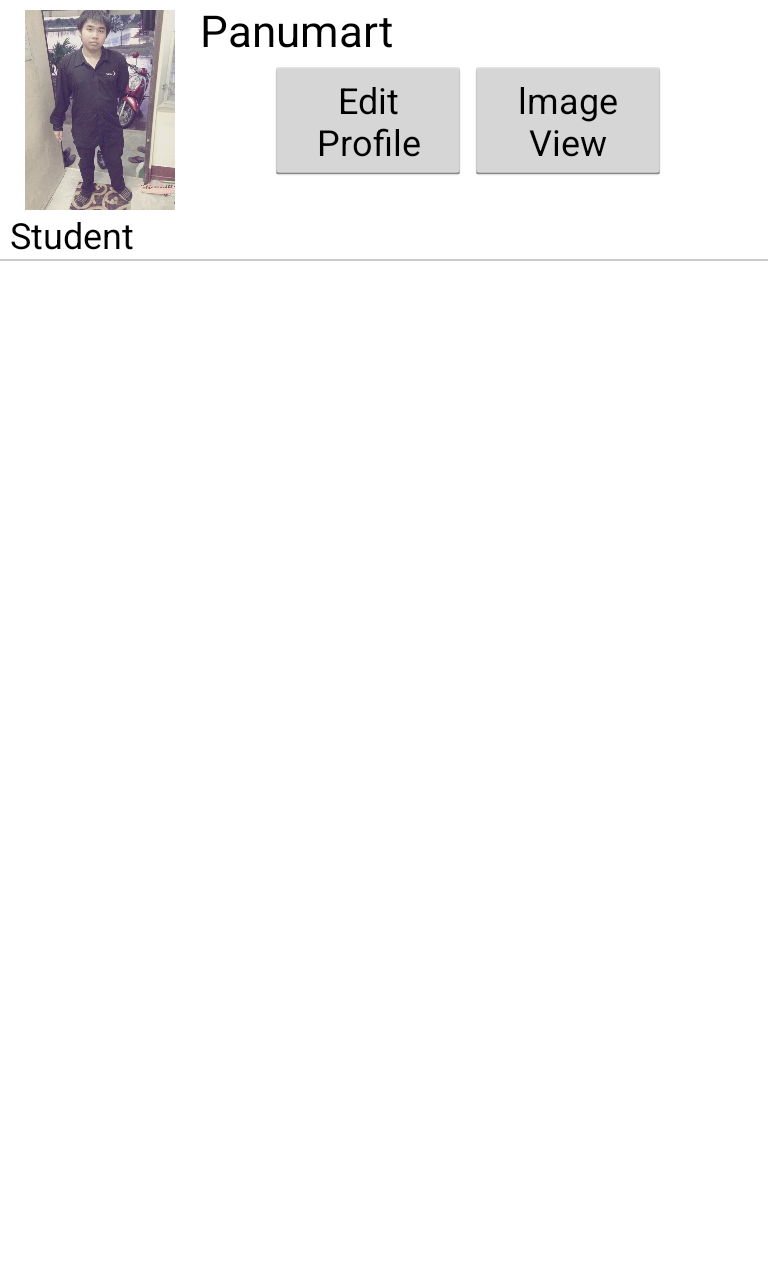
Repository: PanumartThamkawin/Resuma_55410657
Layout: Panu657/res/layout/activity_main.xml
An editor plug-in stored every save of this project. The layout is shown before and after the next save, followed by the edit.
It is drawn on a 768 x 1280 px phone screen (xhdpi) without system bars, with theme AppTheme; the app's code is not run.

Above is the layout before, as saved 2014-09-01 06:05:01.

### Panu657/res/layout/activity_main.xml
<RelativeLayout xmlns:android="http://schemas.android.com/apk/res/android"
    xmlns:tools="http://schemas.android.com/tools"
    android:layout_width="match_parent"
    android:layout_height="match_parent"
    android:layout_marginLeft="5dp"
    tools:context="${relativePackage}.${activityClass}" >

    <LinearLayout
        android:id="@+id/linearLayout1"
        android:layout_width="100dp"
        android:layout_height="100dp"
        android:layout_marginTop="5dp" >

        <ImageView
            android:id="@+id/imageView1"
            android:layout_width="wrap_content"
            android:layout_height="wrap_content"
            android:src="@drawable/jame" />
    </LinearLayout>

    <TextView
        android:id="@+id/textView1"
        android:layout_width="wrap_content"
        android:layout_height="wrap_content"
        android:layout_alignParentTop="true"
        android:layout_toRightOf="@+id/linearLayout1"
        android:text="Panumart "
        android:textAppearance="?android:attr/textAppearanceLarge" />

    <LinearLayout
        android:layout_width="wrap_content"
        android:layout_height="wrap_content"
        android:layout_alignParentRight="true"
        android:layout_below="@id/textView1"
        android:layout_marginRight="50dp" >

        <Button
            android:id="@+id/button1"
            android:layout_width="100dp"
            android:layout_height="wrap_content"
            android:text="Edit Profile" />

        <Button
            android:id="@+id/button2"
            android:layout_width="100dp"
            android:layout_height="wrap_content"
            android:text="lmage View" />
    </LinearLayout>

    <LinearLayout
        android:id="@+id/linearLayout2"
        android:layout_width="match_parent"
        android:layout_height="wrap_content"
        android:layout_below="@id/linearLayout1" >

        <TextView
            android:id="@+id/textView2"
            android:layout_width="wrap_content"
            android:layout_height="wrap_content"
            android:layout_marginLeft="5dp"
            android:text="Student "
            android:textAppearance="?android:attr/textAppearanceMedium" />
    </LinearLayout>

    <View
        android:layout_width="wrap_content"
        android:layout_height="1dp"
        android:layout_alignParentLeft="true"
        android:layout_below="@+id/linearLayout2"
        android:background="#cccccc" />

</RelativeLayout>

Loaded but not shown: Panu657/res/values/styles.xml (common file); Panu657/res/values-v11/styles.xml (common file); Panu657/res/values-v14/styles.xml (common file)

After the next save:
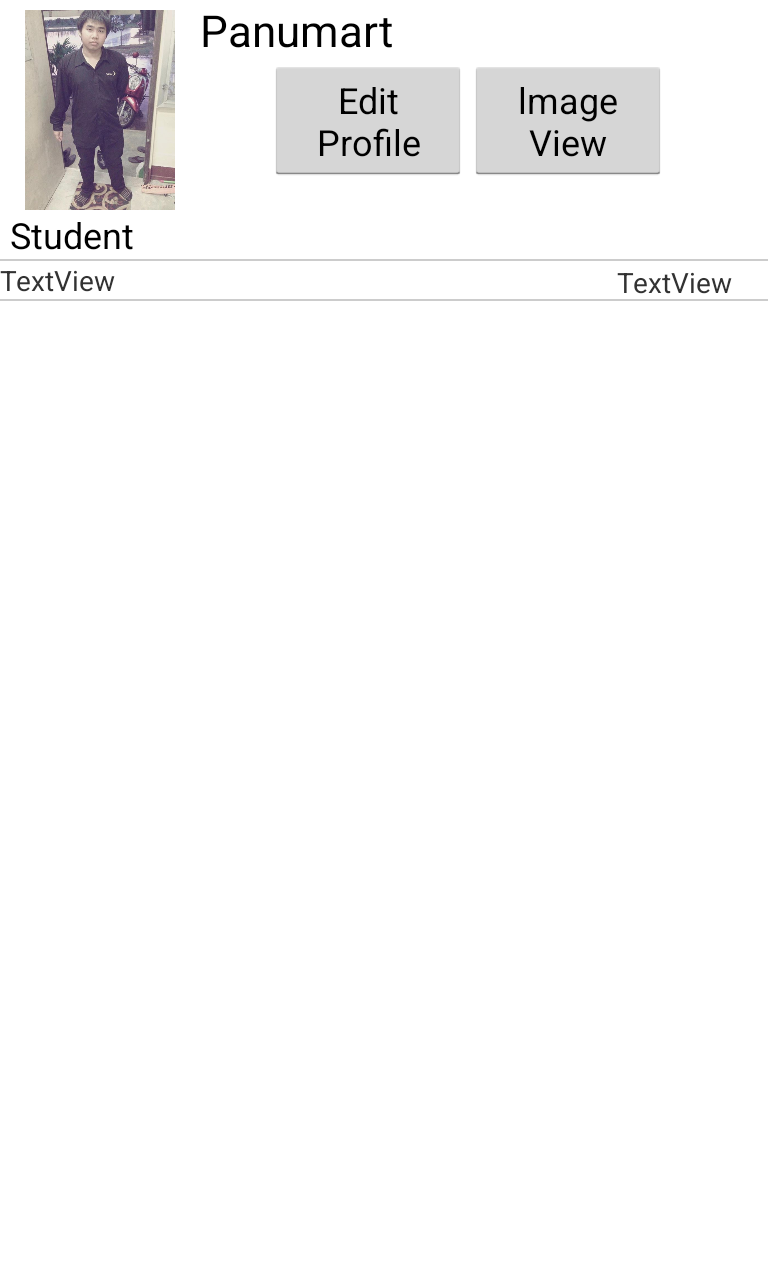
Saved 10 min 49 s later.
--- a/Panu657/res/layout/activity_main.xml
+++ b/Panu657/res/layout/activity_main.xml
@@ -28,6 +28,7 @@
         android:textAppearance="?android:attr/textAppearanceLarge" />
 
     <LinearLayout
+        android:id="@+id/linearLayout3"
         android:layout_width="wrap_content"
         android:layout_height="wrap_content"
         android:layout_alignParentRight="true"
@@ -63,10 +64,37 @@
     </LinearLayout>
 
     <View
+        android:id="@+id/view1"
         android:layout_width="wrap_content"
         android:layout_height="1dp"
         android:layout_alignParentLeft="true"
         android:layout_below="@+id/linearLayout2"
         android:background="#cccccc" />
 
+    <View
+        android:id="@+id/view2"
+        android:layout_width="wrap_content"
+        android:layout_height="1dp"
+        android:layout_alignParentLeft="true"
+        android:layout_below="@+id/view1"
+        android:layout_marginTop="19dp"
+        android:background="#cccccc" />
+
+    <TextView
+        android:id="@+id/textView3"
+        android:layout_width="wrap_content"
+        android:layout_height="wrap_content"
+        android:layout_alignParentLeft="true"
+        android:layout_below="@+id/view1"
+        android:text="TextView" />
+
+    <TextView
+        android:id="@+id/textView4"
+        android:layout_width="wrap_content"
+        android:layout_height="wrap_content"
+        android:layout_alignBottom="@+id/view2"
+        android:layout_alignParentRight="true"
+        android:layout_marginRight="18dp"
+        android:text="TextView" />
+
 </RelativeLayout>
